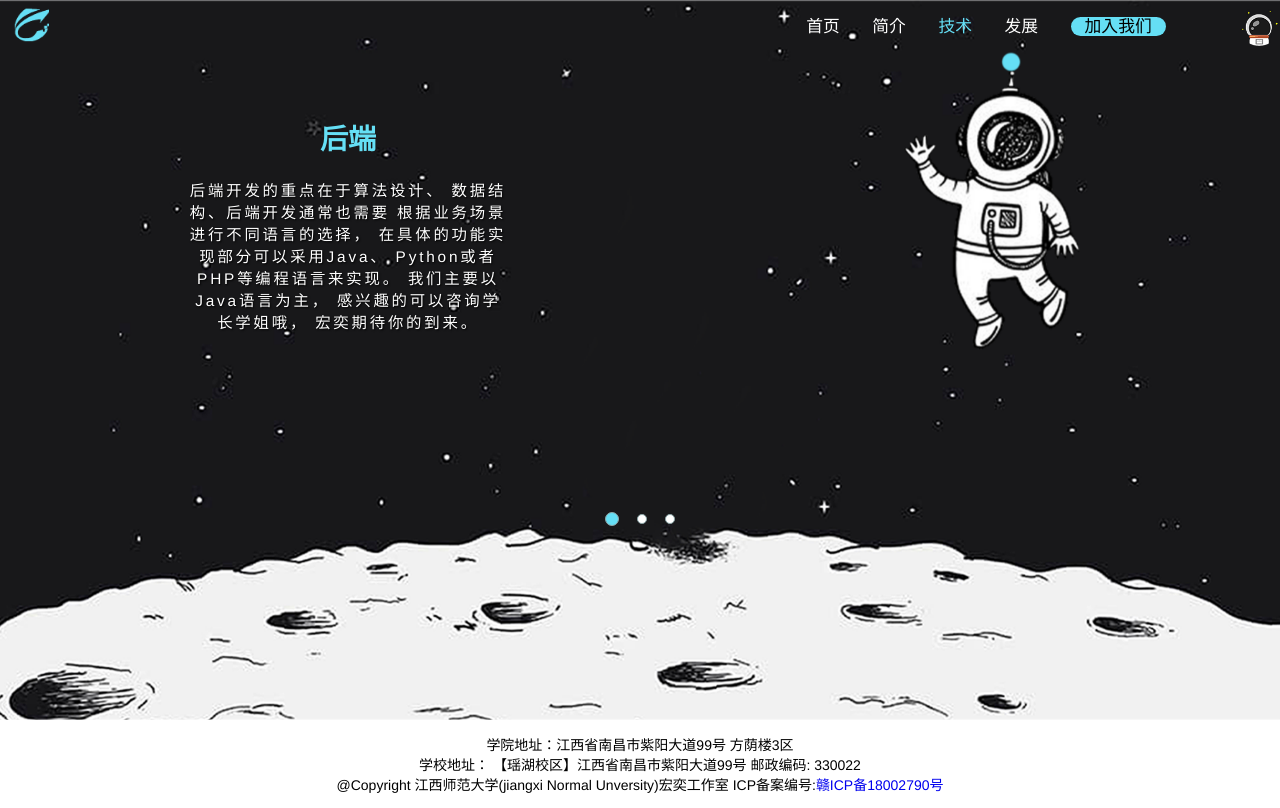
Repository: Homyit20/website
Page: /#/technique
These files come from the project's save history. The page is drawn as it stood at one moment and after the next save; the edit follows.
The browser window is 1280 px wide. The pictures show the whole page.
The project was rebuilt for these pictures with package versions that can differ from the ones it lists, and the page was loaded fresh each time. Also part of the build but not shown: vue.config.js.

Above is the page before, as saved 2021-08-10 20:52:54.

### public/index.html
<!DOCTYPE html>
<html lang="">
  <head>
    <meta charset="utf-8">
    <meta http-equiv="X-UA-Compatible" content="IE=edge">
    <meta name="viewport" content="width=device-width,initial-scale=1.0">
    <link rel="icon" href="<%= BASE_URL %>favicon.ico">
    <!-- <title><%= htmlWebpackPlugin.options.title %></title> -->
    <title><%= htmlWebpackPlugin.options.title %></title>
    <style>
      *{
        cursor: url("火箭.ico"),auto;
      }
      .body{
        overflow-x: hidden;
      }
    </style>
  </head>
  <body class="body">
    <noscript>
      <strong>We're sorry but <%= htmlWebpackPlugin.options.title %> doesn't work properly without JavaScript enabled. Please enable it to continue.</strong>
    </noscript>
    <div id="app"></div>
    <!-- built files will be auto injected -->
  </body>
</html>

### src/main.js
import Vue from 'vue'
import App from './App.vue'
import router from './router'
import store from './store'
// import VueCookies from 'vue-cookies'
// import axios from 'axios'
// import VueAxios from 'vue-axios'
import 'animate.css/animate.min.css'
// Vue.use(VueCookies)
// Vue.use(VueAxios, axios);

Vue.config.productionTip = false

new Vue({
  router,
  store,
  render: h => h(App),
}).$mount('#app')

//报名成功或者已报名才可进入二维码页面
router.beforeEach((to, from, next) => {
  //路由导航
  if (to.meta.islogin) {

    if (store.state.success == 1) {
      next()
    } else {
      next({
        path: from.path
      })
    }
  } else {

    if (to.meta.islogin) {
      if (store.state.success == 1) {
        next()
      } else {
        next({
          path: from.path
        })
      }
    } else {
      next()
    }
  }
})
window.onload = function(){
  document.title = "HOMYIT STUDIO"
}

### src/App.vue
<template>
  <div id="app">
    <router-view></router-view>
  </div>
</template>

<script>
// import NavBar from "./components/enter/enter.vue"
export default {
  name: "App"
};
</script>

<style>
* {
  margin: 0;
  padding: 0;
  box-sizing: border-box;
}
html {
  font-size: 14px;
}
#app {
  font-family: Avenir, Helvetica, Arial, sans-serif;
}
</style>

### src/router/index.js
import Vue from 'vue'
import VueRouter from 'vue-router'

Vue.use(VueRouter);

const routes = [
    {
        path: '/',
        redirect: '/enter',
        meta : {
            title : 'enter'
        }
    },
    {
        path: '/technique',
        component: () => import('../views/technique.vue'),
        meta : {
            title : 'technique'
        }
    },
    {
        path: '/develop',
        component: () => import('../views/develop.vue'),
        meta : {
            title : 'develop'
        }
    },
    {
        path: '/enter',
        component: () => import('../views/enter.vue'),
        meta : {
            title : 'enter'
        }
    },
    {
        path: '/login',
        component: () => import('../views/login.vue'),
        redirect: '/login/loginform',
        children: [{
            path: '/login/loginform',
            component: () => import('../components/content/loginform.vue'),
            meta : {
                title : 'login'
            }
        },
        {
            path: '/login/contact',
            component: () => import('../components/content/contact.vue'),
            meta: {
                islogin: true,
                title : 'contact'
            }
        }
        ]
    },
    {
        path: '/home',
        component: () => import('../views/Home.vue'),
        meta : {
            title : 'home'
        }
    }, {
        path: '/background',
        component: () => import('../views/background.vue'),
        meta : {
            title : 'background'
        }
    },
    {
        path : '/photo',
        component : () => import('../views/photo.vue')
    }
]

const router = new VueRouter({
    routes
})

export default router;

### src/store/index.js
import Vue from 'vue'
import Vuex from 'vuex'

Vue.use(Vuex)

const store = new Vuex.Store({
    state : {
        success : 0,
        isnav : false
    },
    mutations : {
        judge(state){
            state.success = 1
        }
    }
})

export default store;

### src/views/technique.vue
<template>
    <div class="tech-contain">
        <NavBar></NavBar>
        <img class="tech-background" src="../assets/techlogin/images/背景.png">
        <div class="tech-content">
            <div class="tech-box" @touchstart.passive="touchstartdeal">
              <ul class="tech-list">
                <li class="after-details">
                    <div class="tech-after-text tech-text">
                        <h1>后端</h1>
                        <p>
                            后端开发的重点在于算法设计、
                            数据结构、后端开发通常也需要
                            根据业务场景进行不同语言的选择，
                            在具体的功能实现部分可以采用Java、
                            Python或者PHP等编程语言来实现。
                            我们主要以Java语言为主，
                            感兴趣的可以咨询学长学姐哦，
                            宏奕期待你的到来。
                        </p>
                    </div>
                    <div class="tech-after-people">
                        <img src="../assets/techlogin/images/宇航员1.png" class="tech-people">
                    </div>
                </li>
                <li class="before-details">
                    <div class="tech-before-people">
                        <img src="../assets/techlogin/images/宇航员2_03.png" class="tech-people">
                    </div>
                    <div class="tech-before-text tech-text">
                        <h1>前端</h1>
                        <p>
                            前端主要使用 HTML、CSS、JavaScript等
                            专业技能和工具将产品UI设计稿实现成
                            网站产品，涵盖用户PC端、移动端网页
                            处理视觉和交互问题。前端工程师也是
                            互联网时代软件产品研发中不可缺少的
                            一种专业研发角色,快来宏奕学习前端吧。
                        </p>
                    </div>
                </li>
                <li class="ui-details">
                    <div class="tech-ui-text tech-text">
                        <h1>UI</h1>
                        <p>
                            UI负责软件界面的美术设计、创意工作
                            和制作工作；根据各种相关软件的用户群，
                            提出构思新颖有高度吸引力的创意设计；
                            对软件人机交互、操作逻辑、界面美观进行
                            整体设计。UI设计可以让软件变得有个性有品味。
                            快来加入宏奕,让我们一起设计出奇妙又美观的页面吧，
                        </p>
                    </div>
                    <div class="tech-ui-people">
                        <img src="../assets/techlogin/images/宇航员3_03.png" class="tech-people">
                    </div>
                </li>
              </ul>
            </div>
            <div class="tech-slide"><img src="../assets/techlogin/images/滑动.png"></div>
            <ul class="tech-select-list">
                <li class="tech-select-circle tech-select-active" @click='scroll(0)'></li>
                <li class="tech-select-circle" @click='scroll(1)'></li>
                <li class="tech-select-circle" @click='scroll(2)'></li>
            </ul>
        </div>
        <Footer></Footer>
    </div>
</template>

<script>
  import NavBar from '../components/common/nav.vue'
  import Footer from '../components/common/footer.vue'
  let before = 0;
  let after = 0;
  let techtime = null;
  let touchvalue = 0;

  //禁止下拉刷新
  document.body.addEventListener('touchmove', function(e){
      e.preventDefault();
  }, {passive : false})
  export default {
    name : 'Technique',
    data(){
        return {
            techmove : 40
        }
    },
    components : {
        NavBar,
        Footer
    },
    //挂载变量以便对象使用
    created(){
        this.touchdata = {
            touchstartX : null,
            touchstartY : null,
            touchmoveX : null,
            touchmoveY : null,
            touchscrollX : null,
            touchscroolY : null,
            touchdirection : null
        }
    },
    mounted(){
        // 重新进入此组件后 让after before为0
        before = 0;
        after = 0;
    },
    methods:{
        //轮播图制作
        scroll(value){
            before = after;
            after = value;
            let techniqueul = document.getElementsByClassName('tech-list')[0];
            let techniquebox = document.getElementsByClassName('after-details')[0];
            let techniquewidth = techniquebox.offsetWidth;
            let techniqueli = document.getElementsByClassName('tech-select-circle');
            //根据屏幕大小调节移动距离
            if(techniquewidth >= 800){
                this.techmove = 20;
            }else{
                this.techmove = 4;
            }

            //改变圆圈的样式
            techniqueli[before].classList.remove('tech-select-active');
            techniqueli[after].classList.add('tech-select-active');

            //控制内容的轮播
            clearInterval(techtime);
            techtime = setInterval(() =>{
                if(after > before){
                    if(techniqueul.offsetLeft <= -techniquewidth*value + this.techmove){
                        clearInterval(techtime);
                    }
                    techniqueul.style.left = techniqueul.offsetLeft - this.techmove + 'px';
                }else if(before == after){
                    techniqueul.style.left = -techniquebox.offsetWidth*value + 'px';
                     clearInterval(techtime);
                }
                else{
                      if(techniqueul.offsetLeft >= -techniquewidth*value -this.techmove){
                        clearInterval(techtime);
                      }
                      techniqueul.style.left = techniqueul.offsetLeft + this.techmove + 'px';
                }
            },3)

            //屏幕缩放
            window.onresize = function(){
                let techniquewidth = techniquebox.offsetWidth;
                techniqueul.style.left = -techniquewidth*value + 'px';
                if(techniquewidth >= 800){
                    this.techmove = 20;
                }else{
                    this.techmove = 4;
                }
            }
        },
        //移动端手指滑动效果制作
        touchstartdeal(e){
            let techniqueul = document.getElementsByClassName('tech-list')[0];
            //啥叫第一个touches?
            let touchstart = e.targetTouches[0];
            this.touchstartX = touchstart.clientX;
            this.touchstartY = touchstart.clientY;
            //监听touchmove touchend
            techniqueul.addEventListener('touchmove', this.touchmovedeal,false);
            techniqueul.addEventListener('touchend', this.touchenddeal, false);
        },
        touchmovedeal(event){
            //当屏幕有多个touch或者页面被缩放过，就不执行move操作
            let techniquebox = document.getElementsByClassName('after-details')[0];
            let techniquewidth = techniquebox.offsetWidth;
            if (event.targetTouches.length > 1 || event.scale && event.scale !== 1) return;
            let techniqueul = document.getElementsByClassName('tech-list')[0];
            let touchmove = event.targetTouches[0];
            this.touchmoveX = touchmove.clientX;
            this.touchmoveY = touchmove.clientY;
            this.touchscrollX = this.touchmoveX - this.touchstartX;
            this.touchscrollY = this.touchmoveY - this.touchstartY;
            this.touchdirection = Math.abs(this.touchscrollX) > Math.abs(this.touchscrollY) ? 1 : 0;
            //竖滑阻止默认事件
           //需要判断是否事件可以被取消
            if(this.touchdirection == 0 && event.cancelable){
                event.preventDefault()
                techniqueul.style.left = -techniquewidth*touchvalue + 'px';
                //默认事件是滚动
            }
            techniqueul.style.left = techniqueul.offsetLeft + this.touchscrollX + 'px';
        },
        touchenddeal(){
            let techniqueul = document.getElementsByClassName('tech-list')[0];
            let techniquebox = document.getElementsByClassName('after-details')[0];
            let techniquewidth = techniquebox.offsetWidth;
            let techniqueli = document.getElementsByClassName('tech-select-circle');
            if(this.touchscrollX < 0){
                //小于20滑动
                if(this.touchscrollX < -30){
                    //touchvalue值改变之前，移除前一个圈圈的样式，同步before
                    touchvalue = after
                    techniqueli[touchvalue].classList.remove('tech-select-active');
                    before = touchvalue;
                    touchvalue++;
                    techniqueul.style.left = -techniquewidth*touchvalue + 'px';
                    if(touchvalue > 2){
                        touchvalue = 0;
                        techniqueul.style.left = -techniquewidth*touchvalue + 'px';
                    }
                    techniqueli[touchvalue].classList.add('tech-select-active');
                    //同步网页端小圆圈和轮播
                    after = touchvalue;
                    techniqueli[before].classList.remove('tech-select-active');
                    techniqueli[after].classList.add('tech-select-active');
                    window.onresize = function(){
                    let techniquewidth = techniquebox.offsetWidth;
                    techniqueul.style.left = -techniquewidth*after + 'px';
                    }
                    //清除数据残留
                    this.touchscrollX = 0;
                }else{
                    techniqueul.style.left = -techniquewidth*touchvalue + 'px';
                }
            }
            if(this.touchscrollX > 0 ){
                //大于20滑动
                if(this.touchscrollX > 30){
                    //点完后滑动后 touch value before同步
                    touchvalue = after
                    techniqueli[touchvalue].classList.remove('tech-select-active');
                    before = touchvalue;
                    touchvalue--;
                    techniqueul.style.left = -techniquewidth*touchvalue + 'px';
                    if(touchvalue < 0){
                        touchvalue = 2;
                        techniqueul.style.left = -techniquewidth*touchvalue + 'px';
                    }
                    techniqueli[touchvalue].classList.add('tech-select-active');
                    //after与圆圈样式 移动位置同步
                    after = touchvalue;
                    techniqueli[before].classList.remove('tech-select-active');
                    techniqueli[after].classList.add('tech-select-active');
                    window.onresize = function(){
                    let techniquewidth = techniquebox.offsetWidth;
                    techniqueul.style.left = -techniquewidth*after + 'px';
                    }
                    //清除数据残留
                    this.touchscrollX = 0;
                }else{
                    techniqueul.style.left = -techniquewidth*touchvalue + 'px';
                }
                //取消监听 放在其他页面滑动造成连动效果
                techniqueul.removeEventListener('touchmove', this.touchmovedeal,false);
                techniqueul.removeEventListener('touchend', this.touchenddeal, false);
            }
        }
    }
}
</script>

<style>
  /* 背景设置 */
  .tech-contain .tech-background{
      position: absolute;
       top: 0;
      width: 100vw;
      height: 100%;
      object-fit: cover;
      z-index: -100;
    }


  .tech-contain .tech-content{
      width: 100vw;
      height: 100vh;
      display: flex;
      flex-direction: column;
      align-items: center;
    }

    /* 介绍部分 */
    /* 没有这个盒子包裹 怎么ul回跑呢 */
    .tech-box{
        position: relative;
        width: 100vw;
        min-height: 30rem;
        overflow: hidden;
        top: 2vh;
    }
    .tech-slide{
        position: absolute;
        bottom: 25vh;
        right: 0;
        display: none;
    }
  .tech-content .tech-list{
      position: absolute;
      left: 0;
      display: flex;
      align-items: center;
      justify-content: flex-start;
      width: 350rem;
      height: 100%;
      margin: 0;
      padding: 0;
  }

  /* 字体统一设置 */
  .tech-list h1{
      text-align: center;
      color: #65dff5;
  }
  .tech-list  p{
      padding-top: 1.5rem;
      text-align: center;
      color: #fff;
      font-size: 1.1rem;
      letter-spacing: 0.2rem;
      text-shadow: 1px 1px 2px #000;
  }

    /* 移动端响应式 */

    @media screen and (max-width : 500px) {
        .tech-box{
          top: 8vh;
    }
        .after-details,
        .before-details,
        .ui-details{
            display: flex;
            flex-direction: column;
            align-items: center;
            width: 100vw;
        }
        .tech-list p {
            font-size: 0.9rem;
        }
        .tech-people{
            width: 10rem;
        }
        .tech-contain .tech-content .tech-select-list{
            position: absolute;
            bottom: 20vh;
        }
        .tech-slide{
            display: block;
        }
    }

  /* 后端部分 */

 .tech-list .after-details{
      display: flex;
      justify-content: space-around;
      align-items: center;
      width: 100vw;
      height: 100%;
  }
  .after-details .tech-after-text{
      width: 23rem;
      /* background-color: green; */
  }
  .after-details .tech-after-people img{
      max-width: 15rem;
      animation: animate 2s infinite ease-in-out;
  }



   /* 前端部分 */
  .tech-list .before-details{
      display: flex;
      justify-content: space-around;
      align-items: center;
      width: 100vw;
      height: 100%;
  }
    .before-details .tech-before-text{
      width: 23rem;
      /* background-color: green; */
    }
    .before-details .tech-before-people img{
      max-width: 15rem;
      animation: animate 2s infinite ease-in-out;
    }

    /* ui部分 */
    .tech-list .ui-details{
      display: flex;
      justify-content: space-around;
      align-items: center;
      width: 100vw;
      height: 100%;
  }
    .ui-details .tech-ui-text{
      width: 23rem;
      /* background-color: green; */
    }
    .ui-details .tech-ui-people img{
      max-width: 15rem;
      animation: animate 2s infinite ease-in-out;
    }

     /* 动画效果 */

     @keyframes animate{
         0%{
             transform: translateY(1rem);
         }
         50%{
             transform: translateY(-1.1rem);
         }
         100%{
             transform: translateY(1rem);
         }
     }
    /* 小圈圈 */
    .tech-content .tech-select-list{
        position: absolute;
        bottom: 27vh;
        width: 5rem;
        display: flex;
        justify-content: space-between;
        align-items: center;
        list-style: none;
        margin: 0;
        padding: 0;
    }
    /* 当屏幕大于1500px时 */
    @media screen and (min-width : 1500px){
       .tech-box{
            top: 4rem;
        }
        .tech-box .tech-text{
            width: 32rem;
        }
        .tech-list p {
            font-size: 1.5rem;
        }
        .tech-people{
            width: 18rem;
        }
        .tech-select-list .tech-select-circle{
           width: 1rem;
           height: 1rem;
           border-radius: 50%;
           background-color: #fff;
           border: 1px solid #8da7a9;
        }
        .tech-select-list .tech-select-active{
           width: 1.4rem;
           height: 1.4rem;
           border-radius: 50%;
           background-color: #65dff5;
           border: 1px solid #8da7a9;
        }
    }
        .tech-select-circle{
          width: 0.7rem;
          height: 0.7rem;
          border-radius: 50%;
          background-color: #fff;
          border: 1px solid #8da7a9;
        }
        .tech-select-active{
           width: 1rem;
           height: 1rem;
           border-radius: 50%;
           background-color: #65dff5;
           border: 1px solid #8da7a9;
        }

    /* 改变placeholder的颜色 */

  ::-webkit-input-placeholder { /* WebKit browsers */
      color: rgb(156, 154, 154);
  }

  ::-moz-placeholder { /* Mozilla Firefox 19+ */
    color: rgb(156, 154, 154);
  }

  :-ms-input-placeholder { /* Internet Explorer 10+ */
    color: rgb(156, 154, 154);
  }
</style>

### src/components/common/nav.vue
<template>
  <div class="nav">
    <div class="nav-logo" @click="toHome">
      <img src="../../assets/techlogin/images/logo_03.png"/>
    </div>
    <div class="nav-list">
      <ul class="nav-list-ul">
        <li>
          <router-link
            to="/home"
            class="nav-link-class"
            active-class="nav-link-active"
            >首页</router-link
          >
        </li>
        <li>
          <router-link
            to="/background"
            class="nav-link-class"
            active-class="nav-link-active"
            >简介</router-link
          >
        </li>
        <li>
          <router-link
            to="/technique"
            class="nav-link-class"
            active-class="nav-link-active"
            >技术</router-link
          >
        </li>
        <li>
          <router-link
            to="/develop"
            class="nav-link-class"
            active-class="nav-link-active"
            >发展</router-link
          >
        </li>
        <li>
          <router-link
            to="/login"
            class="nav-link-class nav-link-login"
            active-class="nav-join-class"
            >加入我们</router-link
          >
        </li>
      </ul>
      <div class="nav-list-img">
        <img src="../../assets/techlogin/images/小宇航员_07.png" />
      </div>
    </div>
  </div>
</template>

<script>
export default {
  name: "navbar",
  methods : {
    toHome(){
      if(this.$route.path != '/home'){
        this.$router.push({
          path : '/home'
        })
      }
    }
  }
};
</script>

<style>
.nav {
  position: absolute;
  top: 0;
  z-index: 100;
  display: flex;
  justify-content: space-between;
  align-items: center;
  width: 100vw;
  height: 3.5rem;
}
.nav-logo img {
  width: 2.5rem;
  height: 2.5rem;
  margin-top: 0.25rem;
  margin-left: 1rem;
  object-fit: cover;
}
.nav .nav-list {
  display: flex;
  justify-content: space-between;
  align-items: center;
  width: 35rem;
}
.nav-list .nav-list-ul {
  width: 80%;
  height: 100%;
  display: flex;
  align-items: center;
  justify-content: space-around;
  list-style: none;
  font-size: 1.2rem;
  color: #fff;
}
.nav-link-class {
  color: #fff;
  text-decoration: none;
}
.nav-link-active {
  color: #65dff5;
}
.nav-list-img {
  width: 3rem;
  height: 3rem;
  display: flex;
  flex-direction: column;
  position: relative;
}
.nav-list .nav-list-img img {
  width: 3rem;
  height: 3rem;
  display: flex;
  flex-direction: column;
  position: relative;
}
.nav-list .nav-list-img img {
  width: 3rem;
  height: 3rem;
  object-fit: cover;
}

/* img响应式 */
@media screen and (max-width: 500px) {
  .nav .nav-list {
    display: flex;
    justify-content: space-around;
    align-items: center;
    width: 23rem;
  }
  .nav .nav-list .nav-list-ul {
    width: 100%;
  }
  .nav-logo img {
    width: 2rem;
    height: 2rem;
    object-fit: cover;
  }
  .nav .nav-list .nav-list-img {
    display: none;
  }
  .nav .nav-list .nav-list-img img {
    display: none;
  }
  .nav .nav-link-login {
    padding: 0 0.5rem;
  }
}
.nav-link-login {
  color: #000;
  padding: 0 1rem;
  background-color: #65dff5;
  border-radius: 1rem;
}
.nav-join-class{
  box-shadow: 1px 1px 8px #fff;
}
</style>

### src/components/common/footer.vue
<template>
  <div class="footer">
    <div class="footer-content">
      <p>学院地址：江西省南昌市紫阳大道99号 方荫楼3区</p>
      <p>学校地址： 【瑶湖校区】江西省南昌市紫阳大道99号 邮政编码: 330022</p>
      <p>@Copyright 江西师范大学(jiangxi Normal Unversity)宏奕工作室 ICP备案编号:<a href="https://beian.miit.gov.cn/#/Integrated/index">赣ICP备18002790号</a></p>
    </div>
  </div>
</template>

<script>
  export default {
    name : 'Footer'
  }
</script>

<style>
  .footer{
    display: flex;
    justify-content: center;
    width: 100vw;
    background-color: #fff;
  }
  .footer-content{
    color: #000;
    margin: 1rem 0;
    display: flex;
    flex-direction: column;
    align-items: center;
  }
  .footer-content a{
    text-decoration: none;
  }
</style>

After the next save:
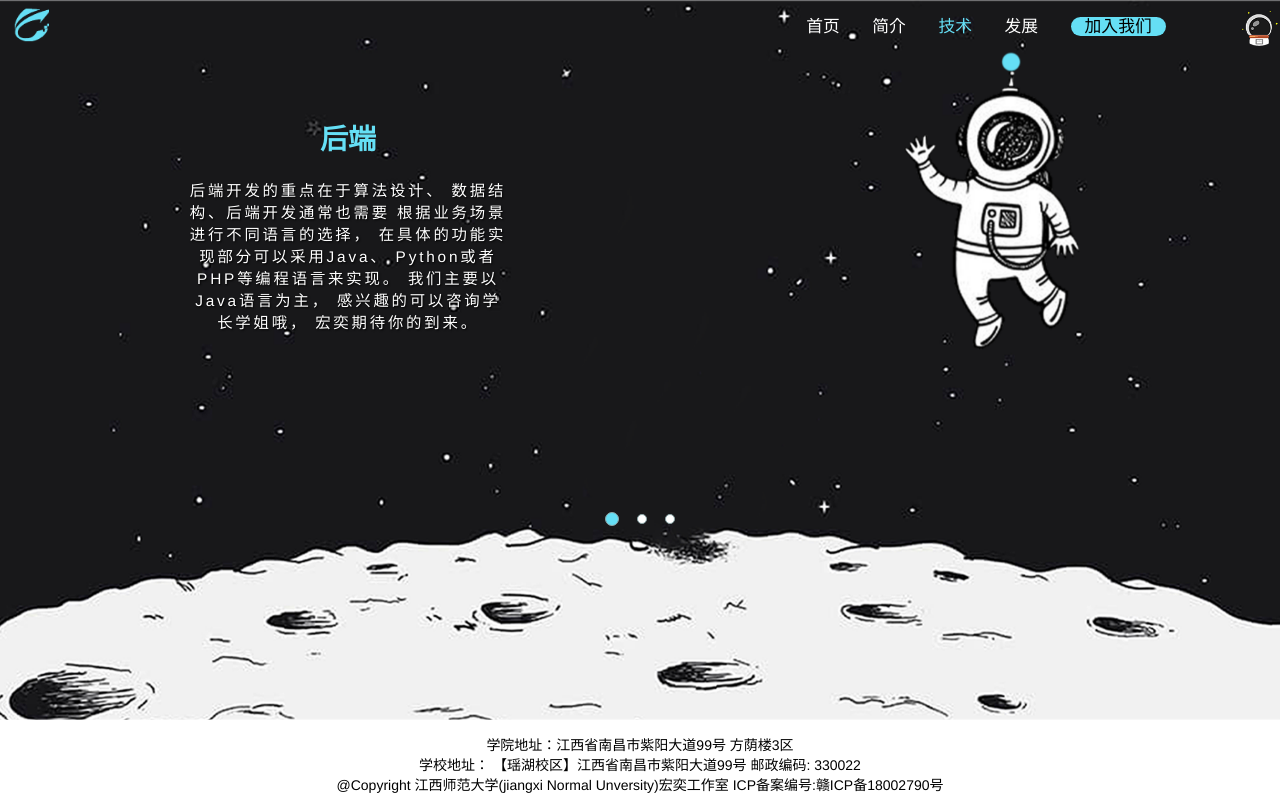
Saved 8 s later.
--- a/src/components/common/footer.vue
+++ b/src/components/common/footer.vue
@@ -29,6 +29,7 @@
     align-items: center;
   }
   .footer-content a{
+    color: #000;
     text-decoration: none;
   }
 </style>
